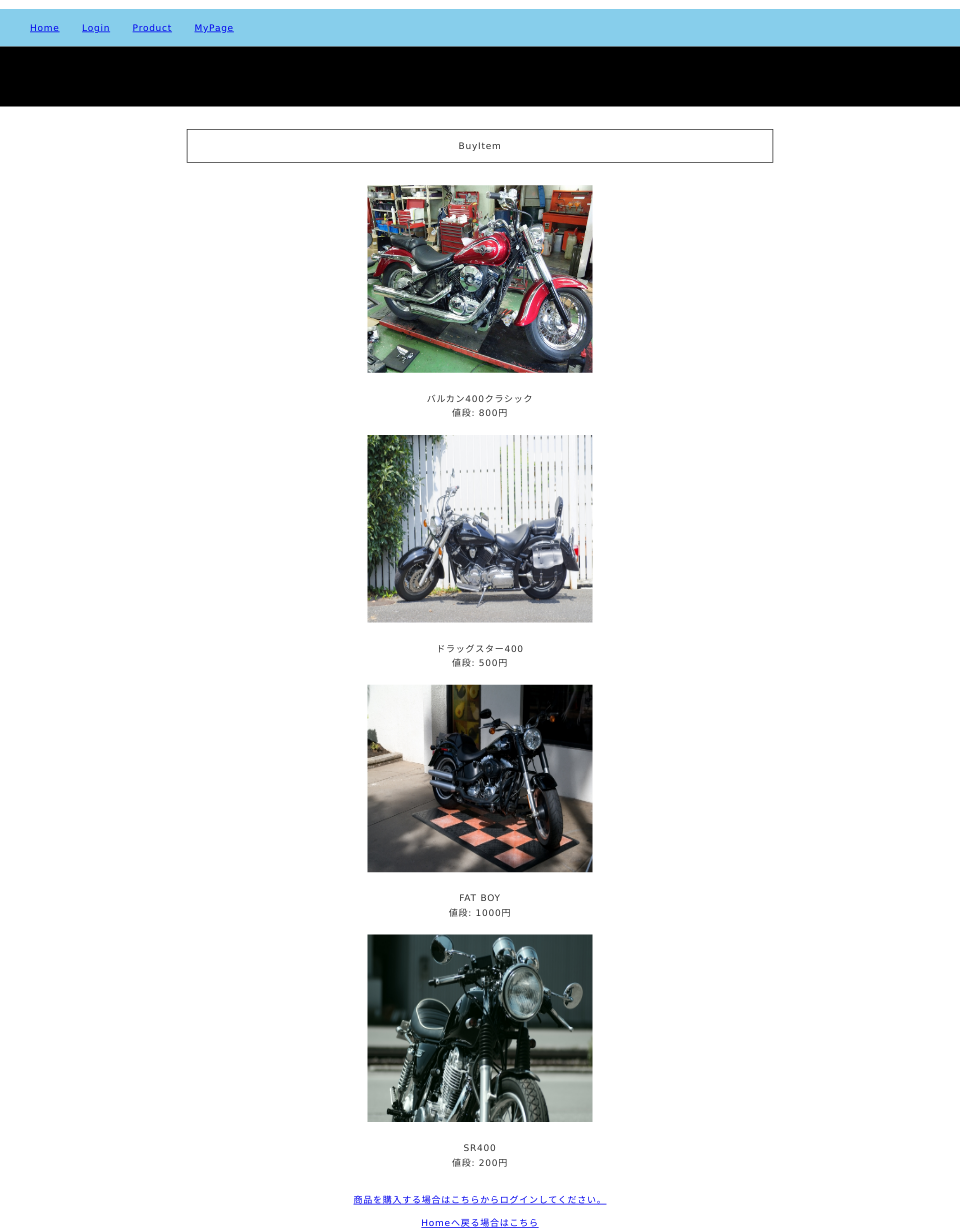
Repository: RYOYAEGAWA/test
Page: http://localhost/ecsite_a/ProductPageAction.action
An editor plug-in stored every save of this project. The page is shown before and after the next save, followed by the edit.
The browser window is 1280 px wide. The pictures show the whole page, at 75% of full size.
The page is served by Tomcat 9. Other server files are loaded and not shown. The database holds what the project's SQL file puts in it.

Above is the page before, as saved 2018-05-28 04:50:45.

### java/Eclipse_Data/ecsite_a/WebContent/BuyItemNotLogin.jsp
<%@ page language="java" contentType="text/html; charset=UTF-8" pageEncoding="UTF-8"%>
<%@ taglib prefix="s" uri="/struts-tags"%>

<!DOCTYPE html>
<html>
<head>
		<meta http-equiv="Content-Type" content="text/html; charset=utf-8"/>
		<meta http-equiv="Content-Style-Type" content="text/css" />
		<meta http-equiv="Content-Script-Type" content="text/javascript" />
		<meta http-equiv="imagetoolbar" content="no" />
		<meta name="description" content="" />
		<meta name="keywords" content="" />
		<title>BuyItem画面</title>

	<style type="text/css">

		body {
		margin:0;
		padding:0;
		line-height:1.6;
		letter-spacing:1px;
		font-family:Verdana, Helvetica, sans-serif;
		font-size:12px;
		color:#333;
		background:#fff;
		}

		table {
		text-align:center;
		margin:0 auto;
		}

		#top {
		width:780px;
		margin:30px auto;
		border:1px solid #333;
		}

		#header {
		width: 100%;
		height: 80px;
		background-color: black;
		}

		#main {
		width: 100%;
		height: 500px;
		text-align: center;
		}

		/* #footer {
		width: 100%;
		height: 80px;
		background-color: black;
		clear: both;
		} */

	</style>
</head>
<body>
<s:include value="Header.jsp"></s:include>
		<div id="header">
				<div id="pr">
				</div>
		</div>
		<div id="main">
				<div id="top">
				<p>BuyItem</p>
				</div>
		<div>

		<table>
		<%-- <s:form action="BuyItemAction"> --%>

          <!-- 商品情報取得 -->
		<s:iterator value="session.AllItem">




			<div class="item_description">
			<img class="image" style="width:300px; height:250px;" src="<s:property value='image_file_path'/>" >

			<br><br>

			<s:property value="itemName" /><br>

			<span>値段:</span>

			<s:property value="itemPrice" /><span>円</span><br>

			<br>

			<%-- <span>購入個数:</span>

					<div class="select-box">
					<select name="count">
						<option value="0" selected="selected">-</option>
						<option value="1">1</option>
						<option value="2">2</option>
						<option value="3">3</option>
						<option value="4">4</option>
						<option value="5">5</option>
					</select>
			</div> --%>

				<%-- <s:else>
					<select name="count">
						<option value="0" selected="selected">0</option>
					</select>
				</s:else> --%>
			</div>



	</s:iterator>

		</table>

			<div id="text-link">
		<p><a href='<s:url action="GoLoginAction" />'>商品を購入する場合はこちらからログインしてください。</a></p>
		<p><a href='<s:url action="GoHomeAction" />'>Homeへ戻る場合はこちら</a></p>
			</div>

		</div>
	</div>
	<div id="footer">
			<div id="pr">
			</div>
	</div>



</body>
</html>

### java/Eclipse_Data/ecsite_a/WebContent/Header.jsp
<%@ page language="java" contentType="text/html; charset=UTF-8" pageEncoding="UTF-8"%>
<%@ taglib prefix="s" uri="/struts-tags" %>

<!DOCTYPE html>
<html>
<head>
		<meta http-equiv="Content-Type" content="text/html; charset=utf-8"/>
		<meta http-equiv="Content-Style-Type" content="text/css" />
		<meta http-equiv="Content-Script-Type" content="text/javascript" />
		<meta http-equiv="imagetoolbar" content="no" />
		<meta name="description" content="" />
		<meta name="keywords" content="" />
		<title>header表示</title>

		<style type="text/css">
		.contents {
		height:50px;
		width:100%;
		background-color:skyblue;
		line-height:30px;
		}

		li{
		float:left;
		list-style:none;
		color:black;
		padding-right:30px;
		padding-top:10px;


		}

		</style>
</head>
<body>

<!-- ヘッダーのメニュー内容 -->
<header>
	<div class="contents">
		<ul>
			<li><a href='<s:url action="GoHomeAction"/>'>Home</a></li>
			<li><a href='<s:url action="HomeAction"/>'>Login</a></li>
			<li><a href='<s:url action="ProductPageAction"/>'>Product</a></li>
			<li><a href='<s:url action="MyPageAction"/>'>MyPage</a></li>
		</ul>
	</div>
</header>





</body>
</html>

### java/Eclipse_Data/ecsite_a/src/com/internousdev/ecsite/dao/BuyItemDAO.java

package com.internousdev.ecsite.dao;

import java.sql.Connection;
import java.sql.PreparedStatement;
import java.sql.ResultSet;
import java.util.ArrayList;
import java.util.List;

import com.internousdev.ecsite.dto.BuyItemDTO;
import com.internousdev.ecsite.util.DBConnector;

public class BuyItemDAO {
	private DBConnector dbConnector = new DBConnector();
	private Connection connection = dbConnector.getConnection();

	private List<BuyItemDTO> buyItemDTOList = new ArrayList<BuyItemDTO>();

	public List<BuyItemDTO> getBuyItemInfo() {
		String sql = "SELECT id, item_name, item_price, maker_company, image_file_path FROM item_info_transaction";

		try {
			PreparedStatement preparedStatement = connection.prepareStatement(sql);
			ResultSet resultSet = preparedStatement.executeQuery();

			while(resultSet.next()) {

			BuyItemDTO dto = new BuyItemDTO();

		    	dto.setId(resultSet.getInt("id"));
		    	dto.setItemName(resultSet.getString("item_name"));
		    	dto.setItemPrice(resultSet.getInt("item_price"));
		    	dto.setMakerName(resultSet.getString("maker_company"));
		    	dto.setImage_file_path(resultSet.getString("image_file_path"));
		    	buyItemDTOList.add(dto);
		    }
		}catch(Exception e){
			e.printStackTrace();
		}
		return buyItemDTOList;
	}
	public List<BuyItemDTO> getBuyItemDTO() {
		return buyItemDTOList;
	}

}

### java/Eclipse_Data/ecsite_a/src/com/internousdev/ecsite/util/DBConnector.java
package com.internousdev.ecsite.util;

import java.sql.Connection;
import java.sql.DriverManager;
import java.sql.SQLException;

public class DBConnector {
	private static String driverName = "com.mysql.jdbc.Driver";
	private static String url = "jdbc:mysql://localhost/bike";

	private static String user="root";
	private static String password="mysql";

	public Connection getConnection() {
		Connection con = null;

		try {
			Class.forName(driverName);
			con = (Connection) DriverManager.getConnection(url,user,password);

		}catch(ClassNotFoundException e) {
			e.printStackTrace();
		}catch(SQLException e){
			e.printStackTrace();
		}
		return con;
	}

}

### java/Eclipse_Data/ecsite_a/src/com/internousdev/ecsite/dto/BuyItemDTO.java
package com.internousdev.ecsite.dto;

public class BuyItemDTO {

	public int id ;

	public String itemName;

	public int itemPrice;

	public String makerName;

	public String image_file_path;

	public String pay;

	public int count;

	public int total_price;

	public String getItemName() {
		return itemName;
	}

	public void setItemName(String itemName) {
		this.itemName = itemName;
	}

	public int getItemPrice(){
		return itemPrice;
	}

	public void setItemPrice(int itemPrice) {
		this.itemPrice = itemPrice;
	}
	public int getId() {
		return id;
	}

	public void setId(int id) {
		this.id=id;
	}

	public String getMakerName() {

		return makerName;
	}

	public void setMakerName(String makerName) {
		this.makerName = makerName;
	}

	public String getImage_file_path() {

		return image_file_path;
	}

	public void setImage_file_path(String image_file_path) {
		this.image_file_path = image_file_path;
	}

	public String getPay(){
		return pay;
	}


	public void setPay(String pay){
		this.pay = pay;
	}

	public int getCount(){
		return count;
	}

	public void setCount(int count){
		this.count = count;
	}

	public int getTotal_price(){
		return total_price;
	}

	public void setTotal_price(int total_price){
		this.total_price = total_price;
}

}

### java/Eclipse_Data/ecsite_a/WebContent/sql/ecsite.sql (the tables this page reads)
create table item_info_transaction(
	id int not null primary key auto_increment,

	item_name varchar(30),
	item_price int,
	item_stock int,
	maker_company varchar(30),
	image_file_path varchar(100),
	insert_date datetime,
	update_date datetime
);

INSERT INTO item_info_transaction(item_name, item_price, item_stock, maker_company, image_file_path) VALUES
("バルカン400クラシック", 800,10,"kawasaki","./image/バルカン400クラシック.jpg"),
("ドラッグスター400",500,10,"yamaha","./image/ドラッグスター.jpg"),
("FAT BOY",1000,5,"harley-davidson","./image/FAT_BOY.jpg"),
("SR400",200,30,"yamaha","./image/SR.jpg");

After the next save:
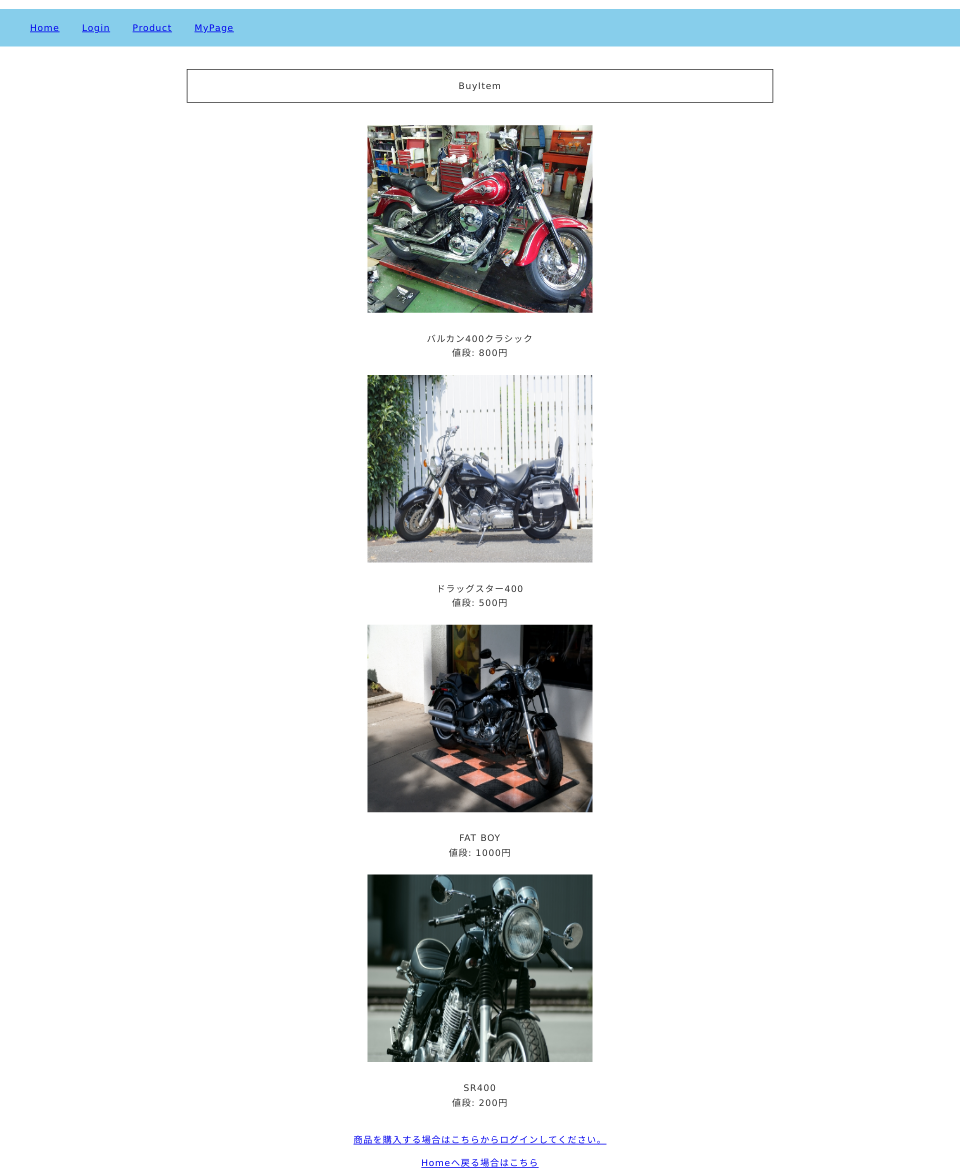
Saved 19 s later.
--- a/java/Eclipse_Data/ecsite_a/WebContent/BuyItemNotLogin.jsp
+++ b/java/Eclipse_Data/ecsite_a/WebContent/BuyItemNotLogin.jsp
@@ -36,11 +36,11 @@
 		border:1px solid #333;
 		}
 
-		#header {
+		/* #header {
 		width: 100%;
 		height: 80px;
 		background-color: black;
-		}
+		} */
 
 		#main {
 		width: 100%;
